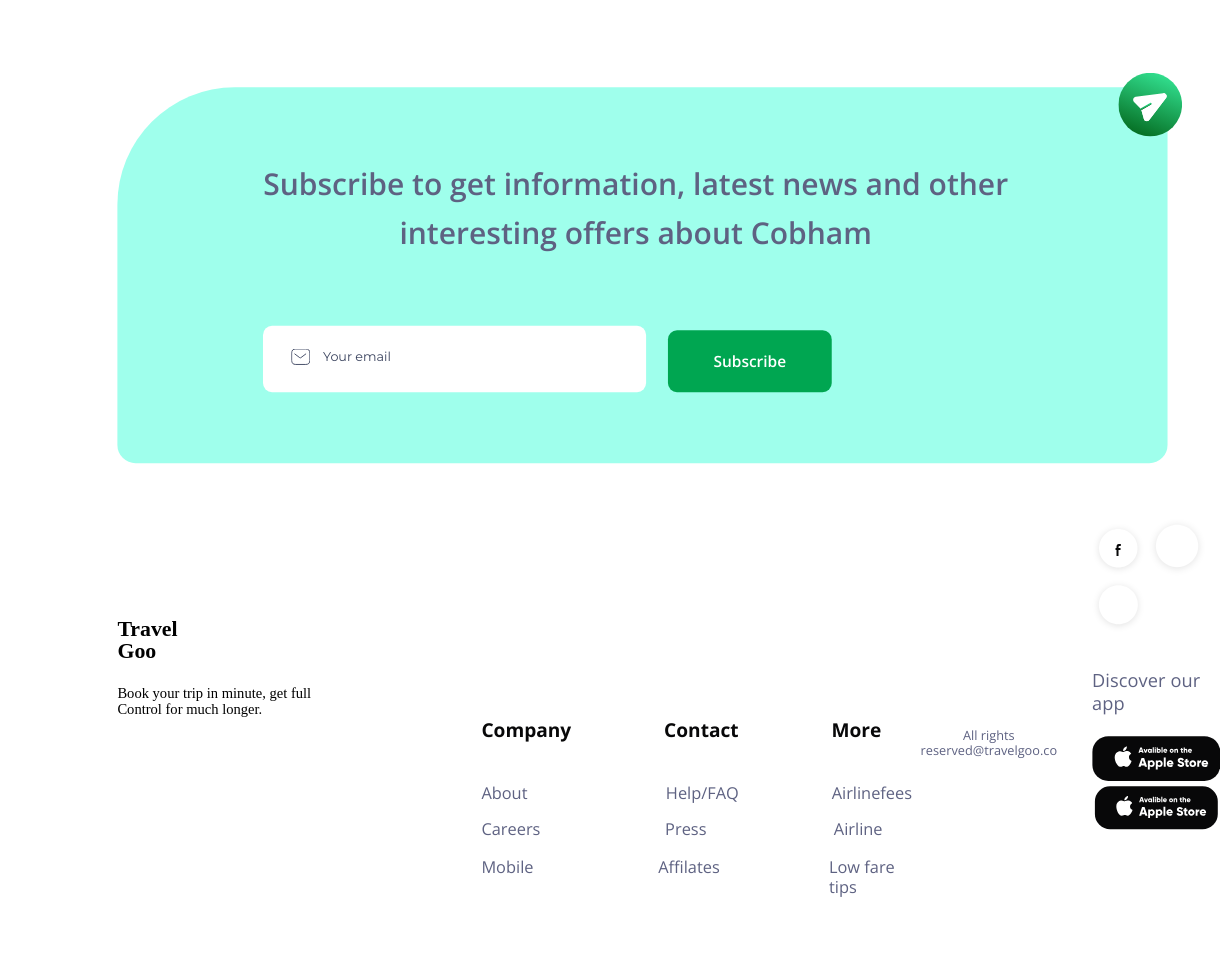
Repository: HeybetzadeQedim/task-5
Page: index.html
An editor plug-in stored every save of this project. The page is shown before and after a run of saves, followed by the edit.
The browser window is 1280 px wide. The page is 1341 px wide, so the pictures cover 1341 px, including what lies to the right of the window. The pictures show the whole page, at 91% of full size.
Some web fonts or font styles are not loaded; a fallback is used.

Above is the page before, as saved 2023-10-16 15:52:19.

### index.html
<!DOCTYPE html>
<html lang="en">
  <head>
    <meta charset="UTF-8" />
    <meta name="viewport" content="width=device-width, initial-scale=1.0" />
    <title>Document</title>
    <link rel="stylesheet" href="./index.css" />
  </head>
  <body>
    <div class="container">
      <div class="relative-container">
        <div class="box-container">
          <h1>
            Subscribe to get information, latest news and other interesting
            offers about Cobham
          </h1>

          <div class="flex-container">
            <div class="flex-container-2">
              <img src="images/Group 46.svg" />
              <p>Your email</p>
            </div>
            <div class="button-container">
              <p>Subscribe</p>
            </div>
          </div>
        </div>
        <div class="image-container">
          <img src="images/Group 77 (1).svg" />
        </div>
      </div>

      <div class="main-container">
        <div>
          <div class="position-container">
            <h2>
              Travel<br />
              Goo
            </h2>
            <p>
              Book your trip in minute, get full<br />
              Control for much longer.
            </p>
          </div>

          <div class="li-container">
            <ul>
              <li>Company</li>
              <li>Contact</li>
              <li>More</li>
            </ul>
          </div>
          <div class="li-container-2">
            <ul>
              <li>About</li>
              <li>Help/FAQ</li>
              <li>Airlinefees</li>
            </ul>
          </div>
          <div class="li-container-3">
            <ul>
              <li>Careers</li>
              <li>Press</li>
              <li>Airline</li>
            </ul>
          </div>
          <div class="li-container-4">
            <ul>
              <li>Mobile</li>
              <li>Affilates</li>
              <li>Low fare tips</li>
            </ul>
          </div>
          <div class="last-container">
            <img src="images/Social.svg" />
            <img src="images/Background (1).svg" />
            <img src="images/Background (1).svg" />
            <p>Discover our app</p>
            <img src="images/Play Store.svg" />
            <img src="images/Play Store.svg" />
          </div>
        </div>
        <div class="footer-box">
          <p>All rights reserved@travelgoo.co</p>
        </div>
      </div>
    </div>
  </body>
</html>

### index.css
@import url("https://fonts.googleapis.com/css2?family=Laila:wght@700&family=Montserrat&family=Open+Sans:wght@400;600;700&display=swap");
* {
  padding: 0;
  margin: 0;
  box-sizing: border-box;
}
.container {
  padding: 96px 109px 64px 129px;
}
.box-container {
  padding: 79px 175px 78px 160px;
  border-radius: 0px 24px 0px 50px;
  display: inline-block;
  background: #9fffec;
  border-radius: 129px 20px 20px 20px;
}
.box-container h1 {
  width: 819px;
  color: var(--TEXT-CLR, #5e6282);
  text-align: center;
  font-family: Open Sans;
  font-size: 33px;
  font-style: normal;
  font-weight: 600;
  line-height: 54px; /* 163.636% */
}
.box-container img:first-child {
  width: 70px;
  height: 70px;
}
.image-container {
  position: absolute;
  top: -16px;
  right: 0;
}
.relative-container {
  width: 1170px;
  position: relative;
  margin-bottom: 170px;
}
.flex-container {
  display: flex;
}
.flex-container-2 {
  margin-top: 75px;
  padding: 25px 0 25px 31px;
  width: 421px;
  display: flex;
  border-radius: 10px;
  background: var(--white, #fff);
}
.flex-container-2 img:first-child {
  width: 21px;
  height: 18px;
}
.flex-container-2 p {
  margin-left: 14px;
  color: var(--TEXT-COLOR, #39425d);
  font-family: Montserrat;
  font-size: 14px;
  font-style: normal;
  font-weight: 400;
  line-height: normal;
}
.button-container p {
  margin-top: 80px;
  margin-left: 24px;
  padding: 22px 50px 23px 50px;
  border-radius: 10px;
  background-color: #00a651;
  display: inline-block;
  color: var(--white, #fff);
  text-align: center;
  font-family: Open Sans;
  font-size: 17px;
  font-style: normal;
  font-weight: 600;
  line-height: normal;
}
.main-container{
  display: flex;
}
.position-container {
  /* position: absolute; */
}
.main-container h2 {
  margin-bottom: 25px;
  /* margin-left: 40px; */
  color: #000;
  font-family: Laila;
  font-size: 24px;
  font-style: normal;
  font-weight: 700;
  line-height: 102.5%;
}
.position-container
.main-container p {
  color: var(--TEXT-CLR, #5e6282);
  font-family: Open Sans;
  font-size: 13px;
  font-style: normal;
  font-weight: 600;
  line-height: 124.5%;
}
.li-container {
  margin-left: 400px;
}
.li-container ul {
  display: flex;
}
.li-container li {
  list-style-type: none;
  color: var(--black, #080809);
  font-family: Open Sans;
  font-size: 21px;
  font-style: normal;
  font-weight: 700;
  line-height: 124.5%;
}
.li-container li:nth-child(2) {
  margin-left: 102px;
  margin-right: 102px;
}
.li-container-2 {
  margin-top: 45px;
  margin-left: 400px;
}
.li-container-2 ul {
  display: flex;
}
.li-container-2 li {
  list-style-type: none;
  color: var(--TEXT-CLR, #5e6282);
  font-family: Open Sans;
  font-size: 18px;
  font-style: normal;
  font-weight: 400;
  line-height: 124.5%;
}
.li-container-2 li:first-child {
  margin-right: 50px;
}
.li-container-2 li:nth-child(2) {
  margin-left: 102px;
  margin-right: 102px;
}
.li-container-3 {
  margin-top: 18px;
  margin-left: 400px;
}
.li-container-3 ul {
  display: flex;
}
.li-container-3 li {
  list-style-type: none;
  color: var(--TEXT-CLR, #5e6282);
  font-family: Open Sans;
  font-size: 18px;
  font-style: normal;
  font-weight: 400;
  line-height: 124.5%;
}
.li-container-3 li:first-child {
  margin-right: 35px;
}
.li-container-3 li:nth-child(2) {
  margin-left: 102px;
  margin-right: 140px;
}
.li-container-4 {
  margin-top: 18px;
  margin-left: 400px;
}
.li-container-4 ul {
  display: flex;
}
.li-container-4 li {
  list-style-type: none;
  color: var(--TEXT-CLR, #5e6282);
  font-family: Open Sans;
  font-size: 18px;
  font-style: normal;
  font-weight: 400;
  line-height: 124.5%;
}
.li-container-4 li:first-child {
  margin-right: 35px;
}
.li-container-4 li:nth-child(2) {
  margin-left: 102px;
  margin-right: 120px;
}
.last-container {
  position: absolute;
  top: 570px;
  left: 1200px;
}
.last-container p {
  /* margin-right: 160px; */
  margin-bottom: 22px;
  margin-top: 37px;
  color: var(--TEXT-CLR, #5e6282);
  font-family: Open Sans;
  font-size: 20px;
  font-style: normal;
  font-weight: 400;
  line-height: 124.5%;
  letter-spacing: 0.1px;
}
.last-container img:first-child {
  width: 58px;
  height: 58px;
}
.last-container img:nth-child(2) {
  width: 63px;
  height: 63px;
}
.last-container img:nth-child(3) {
  /* margin-right: 150px; */
  width: 58px;
  height: 58px;
}
.last-container img:nth-child(4) {
  width: 141px;
  height: 49px;
}
.last-container img:last-child {
  /* margin-right: 40px; */
  width: 141px;
  height: 49px;
}
.footer-container p {
  color: var(--3rd, #e5e5e5);
  font-family: Roboto;
  font-size: 22px;
  font-style: normal;
  font-weight: 400;
  line-height: normal;
}
.footer-box p {
  margin-top: 120px;
  margin-bottom: 64px;
  text-align: center;
  color: var(--TEXT-CLR, #5e6282);
  font-family: Open Sans;
  font-size: 14px;
  font-style: normal;
  font-weight: 400;
  line-height: 124.5%;
}
.flex-box {
  display: flex;
}
.flex-box-2 {
  margin-right: 22px;
  margin-left: 22px;
}
.flex-box-3 {
  margin-right: 22px;
}
.flex-box-4 {
  margin-left: 22px;
  margin-right: 22px;
}
.flex-box-5 {
  margin-right: 22px;
}

After the next 3 saves:
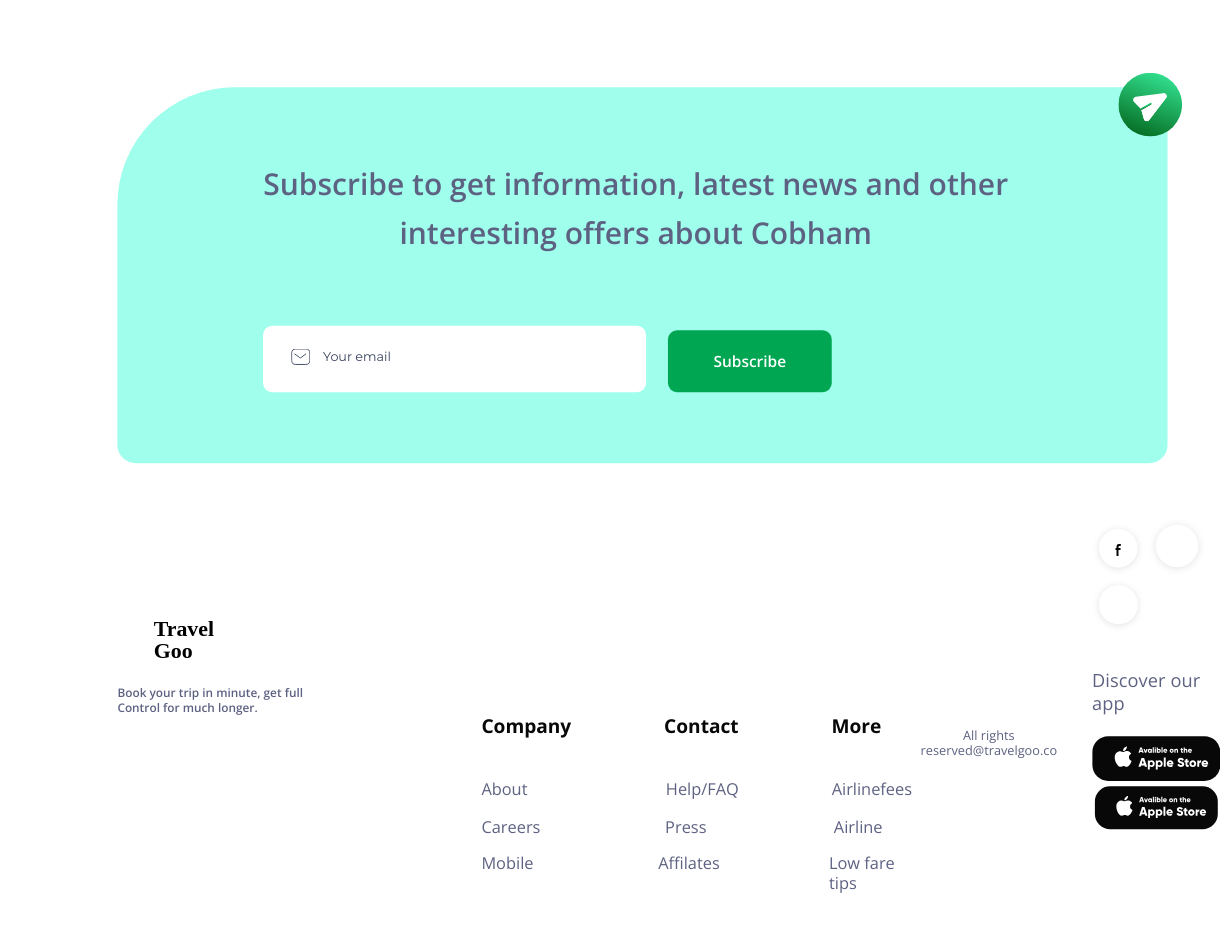
The 3 saves are shown as one change because they came seconds apart.
The last was saved 9 s later.
--- a/index.css
+++ b/index.css
@@ -93,7 +93,9 @@
   font-weight: 700;
   line-height: 102.5%;
 }
-.position-container
+.position-container h2{
+  margin-left: 40px;
+}
 .main-container p {
   color: var(--TEXT-CLR, #5e6282);
   font-family: Open Sans;
